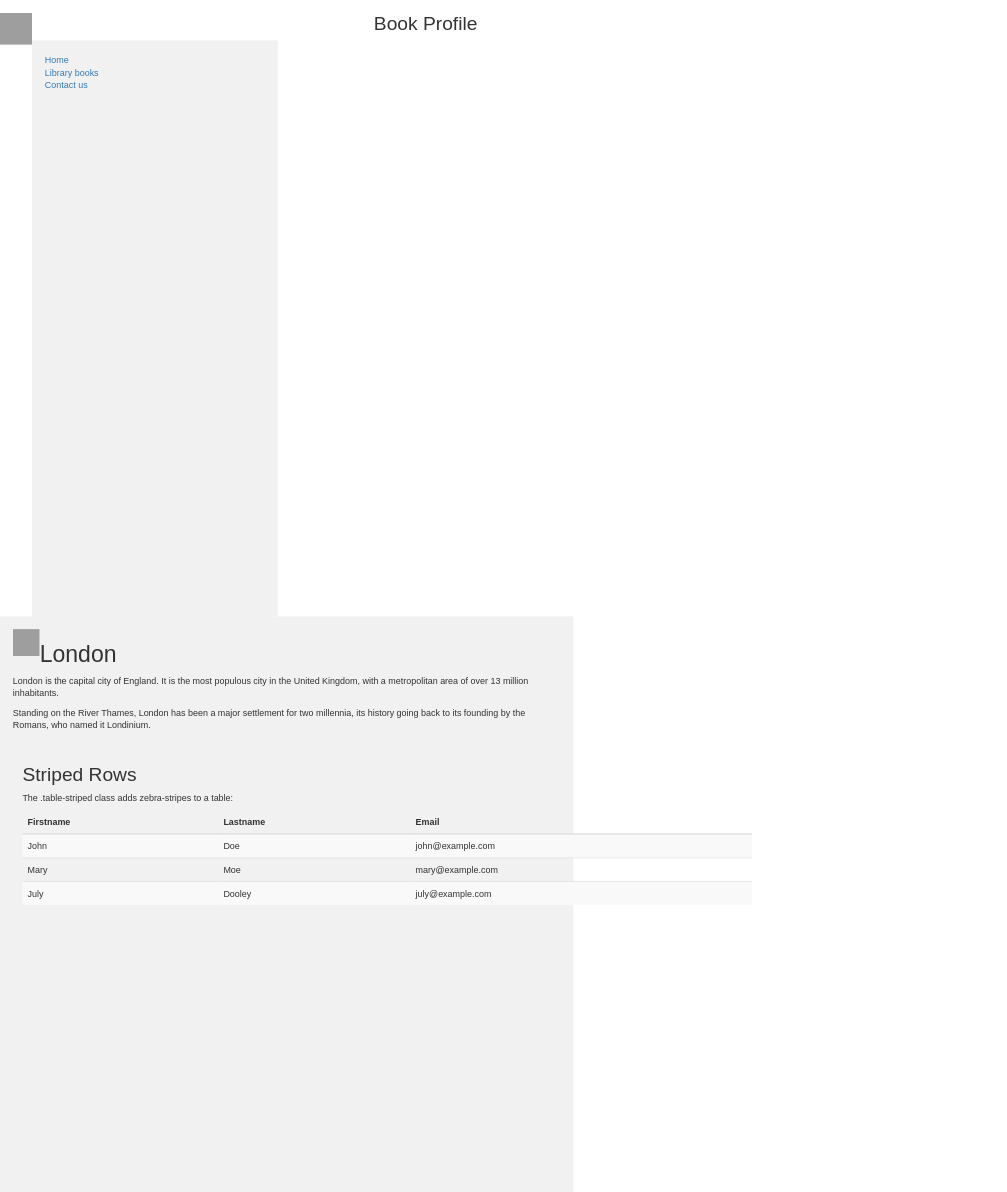
Repository: sandunigayanjali/Library_System
Page: http://localhost/library_management/bookProfille.jsp
The author's editor kept a copy of each file at every save. The page is drawn from the files as they stood at one save, then again after the next save.
The browser window is 1280 px wide. The page is 1280 px wide, then 1574 px, so the pictures cover 1574 px, including what lies to the right of the window. The pictures show the whole page, at 64% of full size.
Pictures or frames that could not be fetched are drawn as grey boxes. The page is served by Tomcat 9.

Above is the page before, as saved 2018-11-24 12:39:06.

### library management/WebContent/bookProfille.jsp
<%@ page language="java" contentType="text/html; charset=ISO-8859-1"
    pageEncoding="ISO-8859-1"%>
<!DOCTYPE html PUBLIC "-//W3C//DTD HTML 4.01 Transitional//EN" "http://www.w3.org/TR/html4/loose.dtd">
<html>
<head>
<meta http-equiv="Content-Type" content="text/html; charset=ISO-8859-1">
<meta charset="utf-8">
<meta name="viewport" content="width=device-width, initial-scale=1">
<link rel="stylesheet" href="https://maxcdn.bootstrapcdn.com/bootstrap/3.3.7/css/bootstrap.min.css">
  <script src="https://ajax.googleapis.com/ajax/libs/jquery/3.3.1/jquery.min.js"></script>
  <script src="https://maxcdn.bootstrapcdn.com/bootstrap/3.3.7/js/bootstrap.min.js"></script>
<title>Insert title here</title>

<style>
* {
    box-sizing: border-box;
}

body {
    font-family: Arial, Helvetica, sans-serif;
}

/* Style the header */
header {
    background-color: #666;
    padding: 30px;
    text-align: center;
    font-size: 35px;
    color: white;
}

/* Create two columns/boxes that floats next to each other */
nav {
    float: left;
    width: 30%;
    height: 900px; /* only for demonstration, should be removed */
    background: #f1f1f1;
    padding: 20px;
}

/* Style the list inside the menu */
nav ul {
    list-style-type: none;
    padding: 0;
}

article {
    float: left;
    padding: 20px;
    width: 70%;
    background-color: #f1f1f1;
    height: 900px; /* only for demonstration, should be removed */
}

/* Clear floats after the columns */
section:after {
    content: "";
    display: table;
    clear: both;
}
image{
align:center;
}


/* Responsive layout - makes the two columns/boxes stack on top of each other instead of next to each other, on small screens */
@media (max-width: 600px) {
    nav, article {
        width: 100%;
        height: 100%;
    }
}
</style>


</head>
<body>
<center>
<img src="E:\desktop\level 2 semester 2\PROJECT\th.jpg" alt="HTML tutorial" style="float:left;width:50px;height:50px;border:0;">
<h2>Book Profile</h2>
</center>

<section>
  <nav>
    <ul>
      <li><a href="#">Home</a></li>
      <li><a href="#">Library books</a></li>
      <li><a href="#">Contact us</a></li>
    </ul>
  </nav>

  <article>

<image> <img src="E:\desktop\level 2 semester 2\PROJECT\lib.jpg" alt="HTML tutorial" style="float:left;width:42px;height:42px;border:0;"></image><br>
    <h1>London</h1>
    <p>London is the capital city of England. It is the most populous city in the  United Kingdom, with a metropolitan area of over 13 million inhabitants.</p>
    <p>Standing on the River Thames, London has been a major settlement for two millennia, its history going back to its founding by the Romans, who named it Londinium.</p>
    <br>
    <div class="container">
  <h2>Striped Rows</h2>
  <p>The .table-striped class adds zebra-stripes to a table:</p>
  <table class="table table-striped">
    <thead>
      <tr>
        <th>Firstname</th>
        <th>Lastname</th>
        <th>Email</th>
      </tr>
    </thead>
    <tbody>
      <tr>
        <td>John</td>
        <td>Doe</td>
        <td>john@example.com</td>
      </tr>
      <tr>
        <td>Mary</td>
        <td>Moe</td>
        <td>mary@example.com</td>
      </tr>
      <tr>
        <td>July</td>
        <td>Dooley</td>
        <td>july@example.com</td>
      </tr>
    </tbody>
  </table>
</div>


  </article>
</section>

</body>
</html>

After the next save:
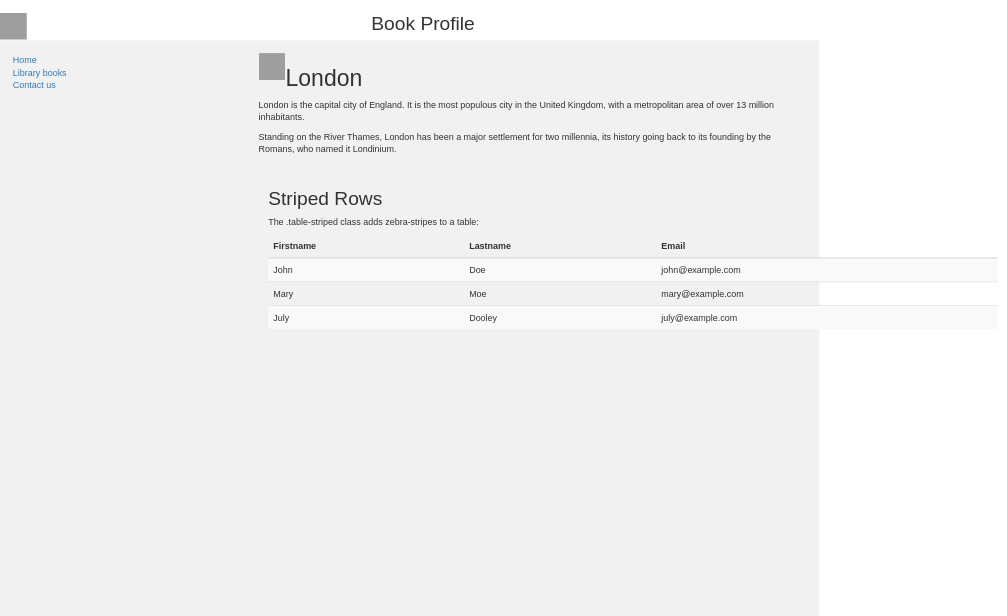
Saved 20 s later.
--- a/library management/WebContent/bookProfille.jsp
+++ b/library management/WebContent/bookProfille.jsp
@@ -76,7 +76,7 @@ align:center;
 </head>
 <body>
 <center>
-<img src="E:\desktop\level 2 semester 2\PROJECT\th.jpg" alt="HTML tutorial" style="float:left;width:50px;height:50px;border:0;">
+<img src="E:\desktop\level 2 semester 2\PROJECT\th.jpg" alt="HTML tutorial" style="float:left;width:42px;height:42px;border:0;">
 <h2>Book Profile</h2>
 </center>
 
